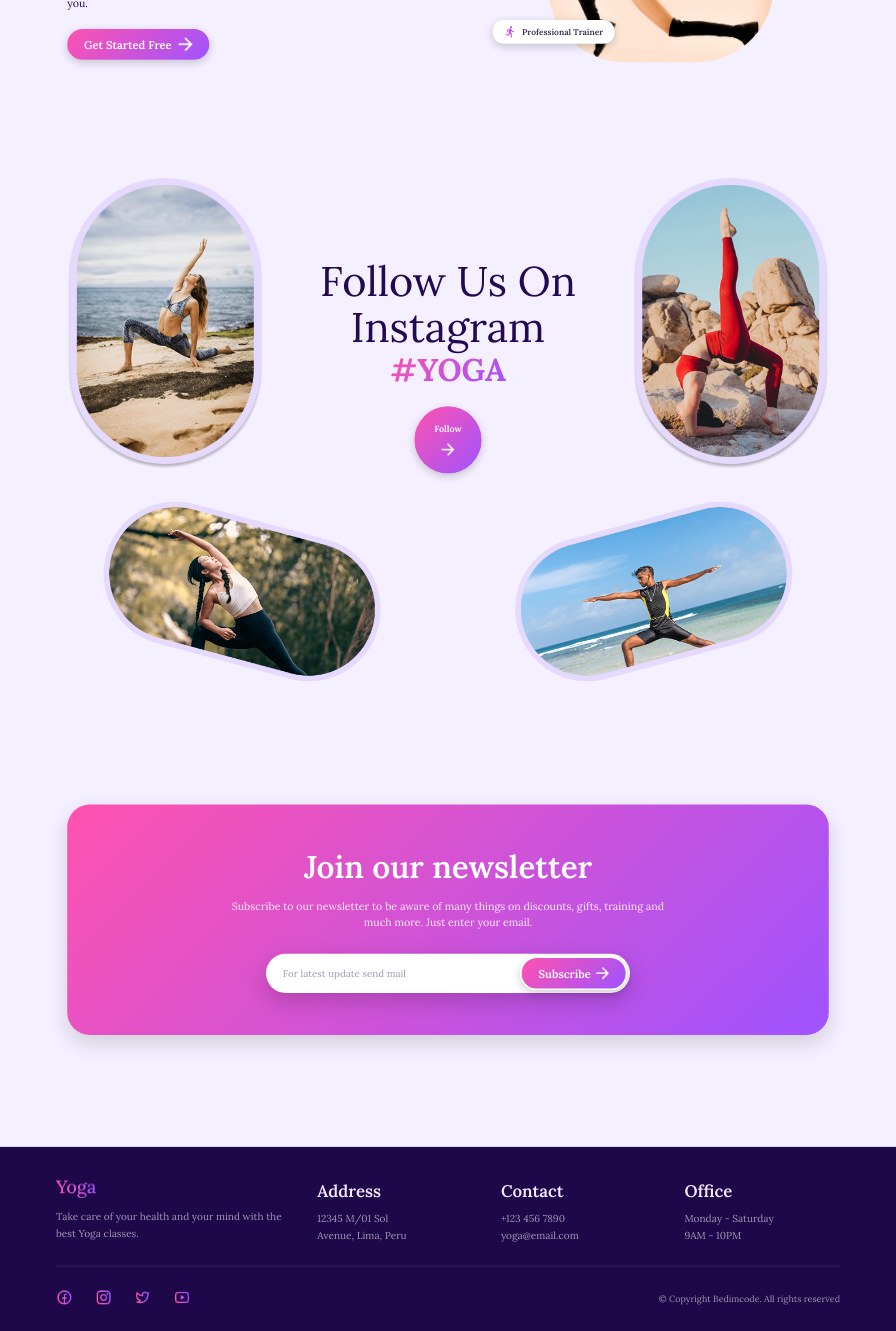
Repository: EunsuhJeon/responsive-yoga-website
Page: index.html
An editor plug-in stored every save of this project. The page is shown before and after the next save, followed by the edit.
The browser window is 1280 px wide. The pictures show the part of the page from y = 1519 to 3439 px (the page is 3420 px tall before and 3439 px after), at 70% of full size.

Above is the page before, as saved 2025-11-27 00:42:03.

After the next save:
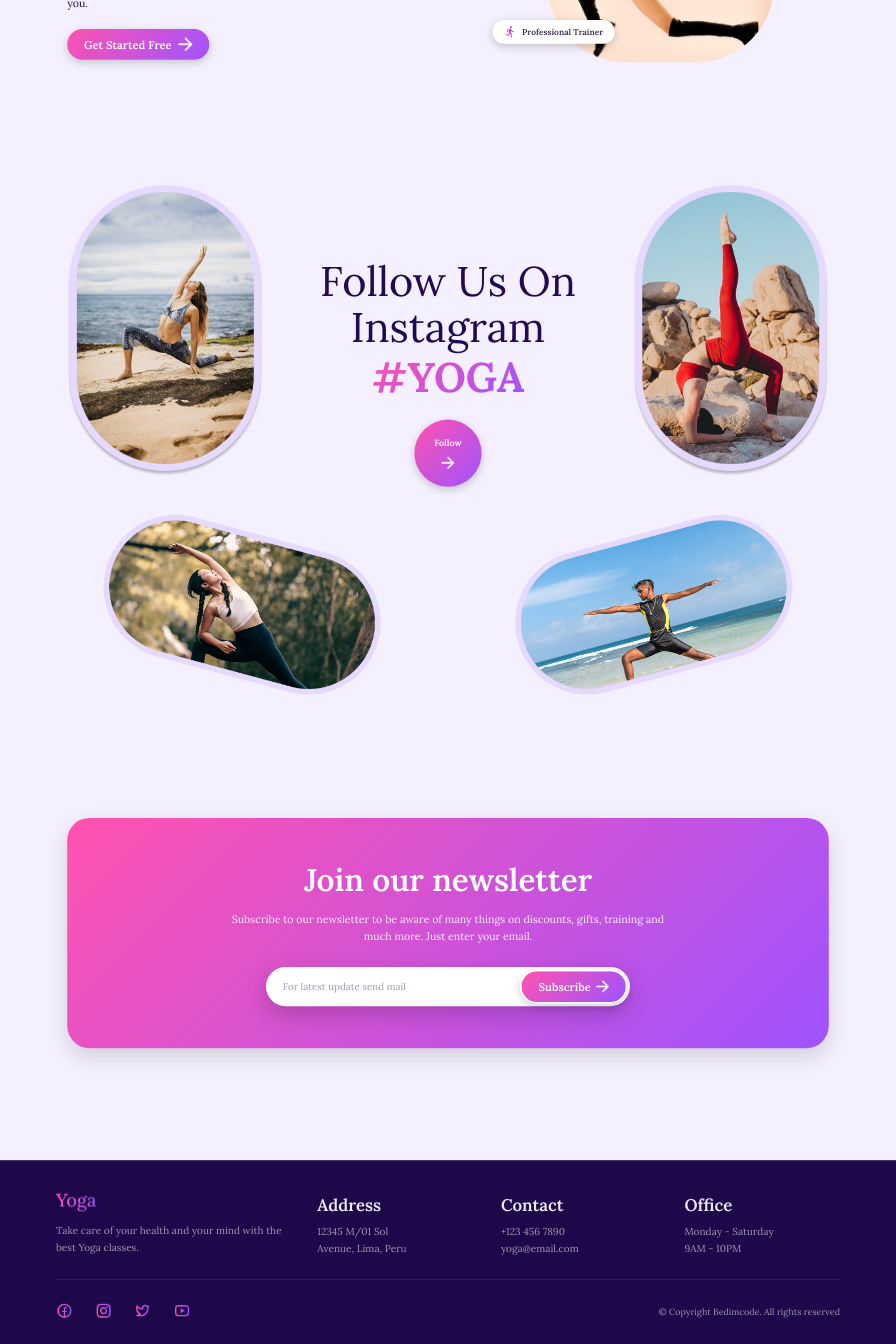
Saved 43 s later.
--- a/main.css
+++ b/main.css
@@ -630,8 +630,8 @@ header a{
 }
 
 .seccion-5-hashtag {
-  font-size: clamp(1.8rem, 3vw + 0.5rem, 2.8rem);
-  font-weight: 500;
+  font-size: clamp(2rem, 4vw + 0.5rem, 4rem);
+  font-weight: 100;
 }
 
 /* Hashtag #YOGA con gradiente */
